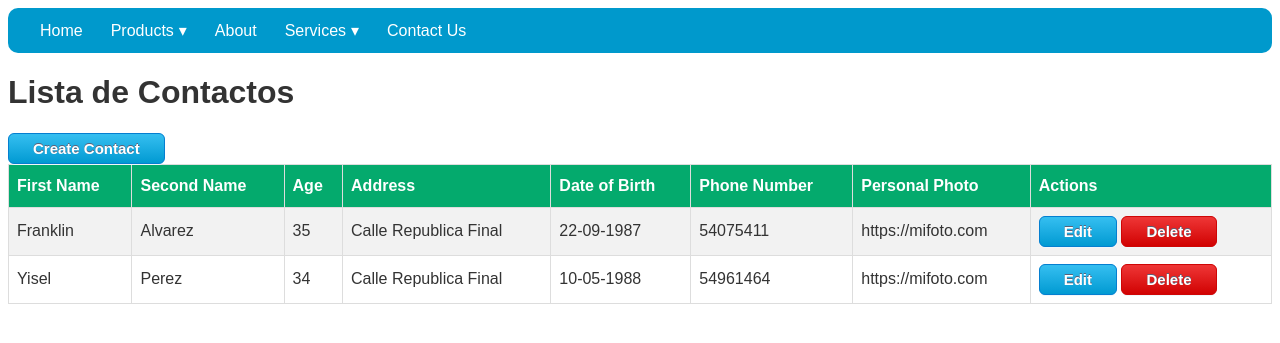
Repository: fgala1619/frontSistGestionBank
Page: index.html
These files come from the project's save history. The page is drawn as it stood at one moment and after the next save; the edit follows.
The browser window is 1280 px wide. The pictures show the whole page.

Above is the page before, as saved 2023-07-26 19:59:46.

After the next save:
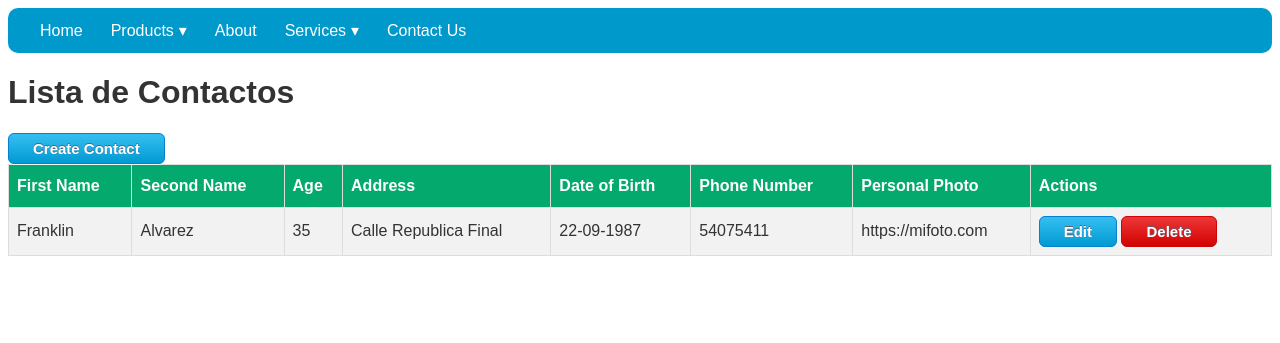
Saved 74 s later.
--- a/index.html
+++ b/index.html
@@ -59,19 +59,7 @@
         </td>
     </tr>
 
-    <tr>
-        <td>Yisel</td>
-        <td>Perez</td>
-        <td>34</td>
-        <td>Calle Republica Final</td>
-        <td>10-05-1988</td>
-        <td>54961464</td>
-        <td>https://mifoto.com</td>
-        <td>
-            <a href="#" class="myButton">Edit</a>
-            <a href="#" class="btnDelete">Delete</a>
-        </td>
-    </tr>
+
 </table>
 
 
